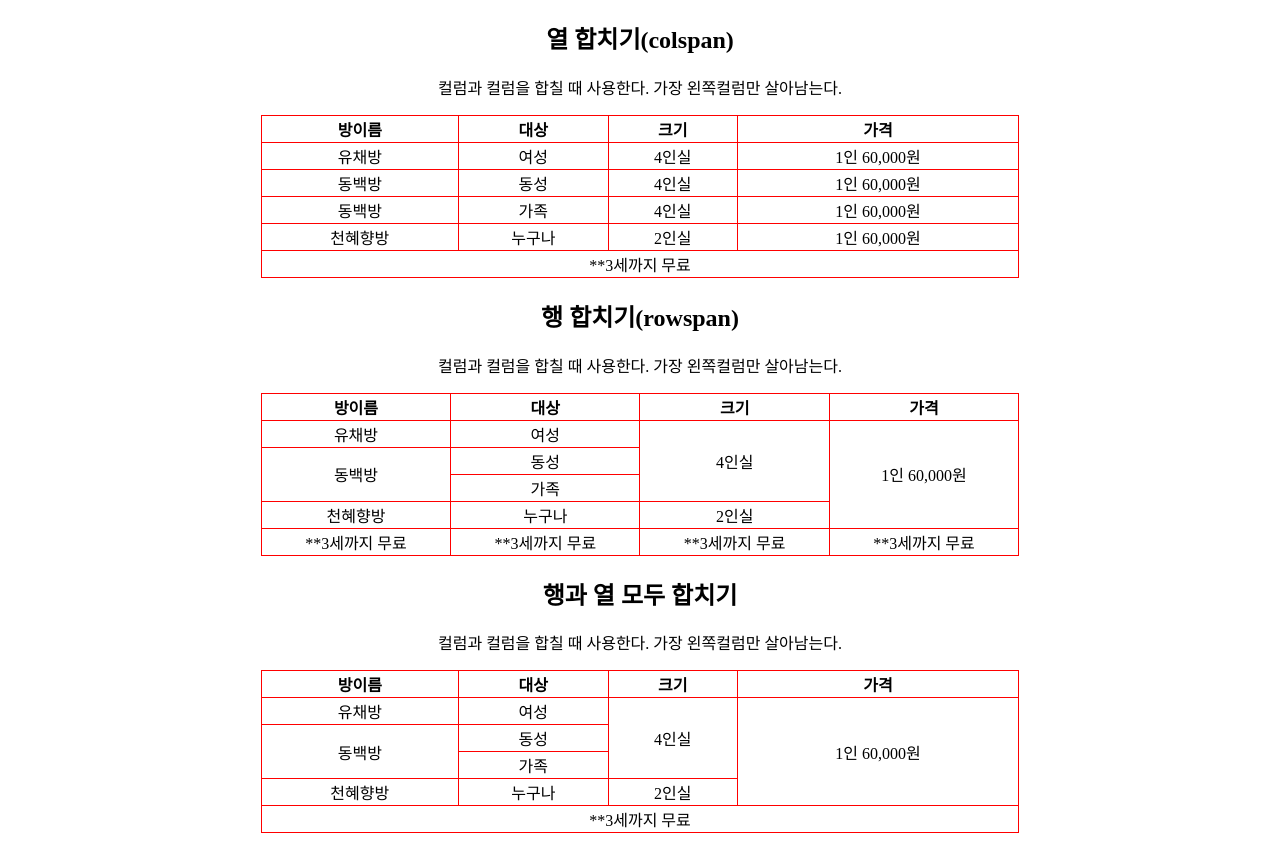
Repository: claddds/2023_webstudy
Page: 01_html/src/main/webapp/day03/ex01_table_span.html
An editor plug-in stored every save of this project. The page is shown before and after the next save, followed by the edit.
The browser window is 1280 px wide. The pictures show the whole page.

Above is the page before, as saved 2023-06-21 01:08:34.

After the next save:
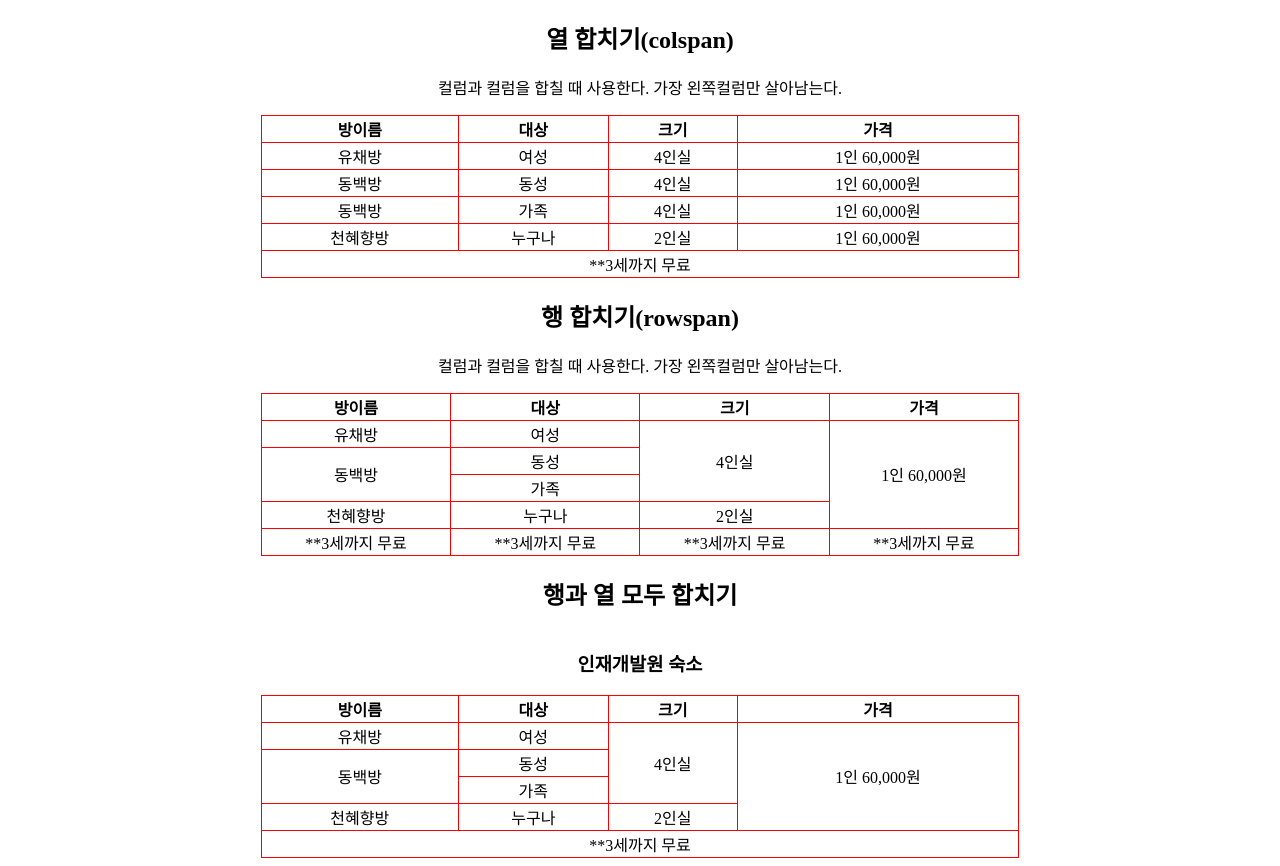
Saved 5 min 37 s later.
--- a/01_html/src/main/webapp/day03/ex01_table_span.html
+++ b/01_html/src/main/webapp/day03/ex01_table_span.html
@@ -80,8 +80,8 @@
 	</table>
 
 	<h2>행과 열 모두 합치기</h2>
-	<p>컬럼과 컬럼을 합칠 때 사용한다. 가장 왼쪽컬럼만 살아남는다.</p>
 	<table>
+		<caption><h3>인재개발원 숙소</h3></caption>
 		<thead>
 			<tr><th>방이름</th><th>대상</th><th>크기</th><th>가격</th></tr>
 		</thead>
